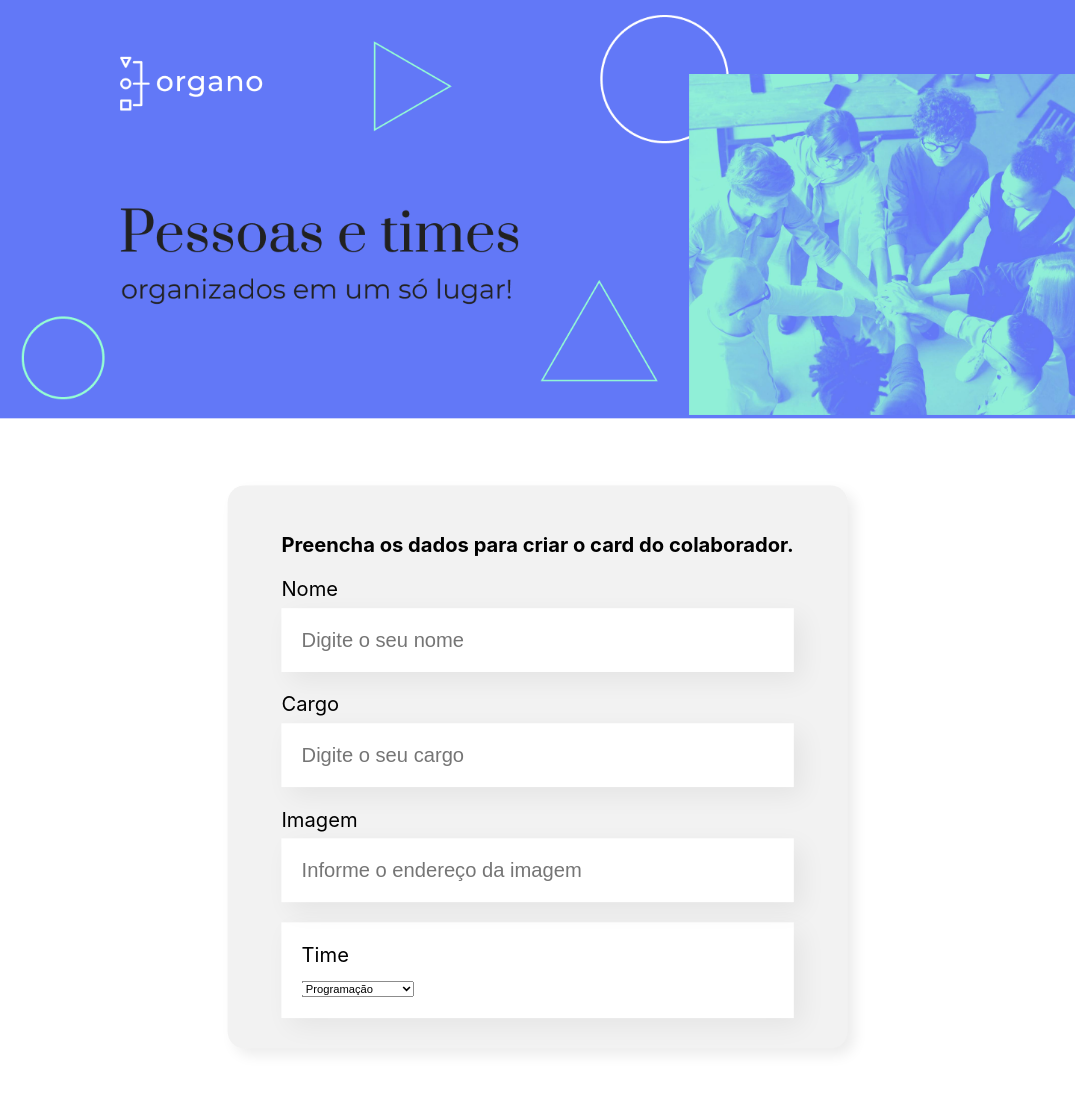
Repository: devMuriloOliveira/organo
Page: /
These files come from the project's save history. The page is drawn as it stood at one moment and after the next save; the edit follows.
The browser window is 1280 px wide. The pictures show the whole page, at 84% of full size.
The project was rebuilt for these pictures with package versions that can differ from the ones it lists, and the page was loaded fresh each time.

Above is the page before, as saved 2023-01-11 15:59:13.

### src/App.js

import Banner from './componentes/Banner/Banner'
import Formulario from './componentes/Formulario'


function App() {
  return (
    <div className="App">
      <Banner/>
      <Formulario/>


    </div>
  )
}

export default App

### src/componentes/Banner/Banner.js
import './Banner.css'

function Banner() {
  return (
    <header className="banner">
      <img src="/imagens/banner.png" alt="O banner principal da pagina Organo"/>
    </header>


    )

}

export default Banner

### src/componentes/Formulario/index.js
import CampoTexto from '../CampoTexto'
import ListaSuspensa from '../ListaSuspensa'
import './Formulario.css'

const Formulario = () =>{

    const times = [
      'Programação',
      'Front-End',
      'Data Science',
      'Devops',
      'UX e Design',
      'Mobile',
      'Inovação e Gestão'
    ]

  return(

    <section className='formulario'>
      <form>
        <h2>Preencha os dados para criar o card do colaborador.</h2>
      <CampoTexto label="Nome" placeholder="Digite o seu nome"/>
      <CampoTexto label="Cargo" placeholder="Digite o seu cargo"/>
      <CampoTexto label="Imagem" placeholder="Informe o endereço da imagem"/>
      <ListaSuspensa label="Time" itens={times}/>
      </form>
    </section>
  )
}

export default Formulario

### src/componentes/Banner/Banner.css
.banner {
  background-color: #6278F7;
  text-align: center;
}

.banner img {
  max-width: 100%;
}

### src/componentes/CampoTexto/index.js
import './CampoTexto.css'

const CampoTexto = (props) =>{

  return(
    <div className="campo-texto">
      <label>{props.label}</label>
      <input placeholder={props.placeholder}/>
    </div>
  )
}

export default CampoTexto

### src/componentes/ListaSuspensa/index.js
import './ListaSuspensa.css'

const ListaSuspensa = (props) => {
  return(
    <div className='lista-suspensa'>
        <label>{props.label}</label>
        <select>
          {props.itens.map(item => {
            return <option key={item}>{item}</option>
          })}
        </select>
    </div>
  )
}

export default ListaSuspensa

### src/componentes/Formulario/Formulario.css
.formulario {
  display: flex;
  justify-content: center;
  margin: 80px 0;
}

.formulario form {
  max-width: 80%;
  background-color: #f2f2f2;
  border-radius: 20px;
  padding: 36px 64px;
  box-shadow: 8px 8px 16px rgba(0, 0, 0, 0.08);
}

### src/componentes/CampoTexto/CampoTexto.css
.campo-texto {
  margin: 24px 0;
}

.campo-texto label {
  display: block;
  margin-bottom: 8px;
  font-size: 24px;
}

.campo-texto input {
  background-color: #fff;
  box-shadow: 10px 10px 30px rgba(0, 0, 0, 0.06);
  width: 100%;
  border: none;
  font-size: 24px;
  padding: 24px;
  box-sizing: border-box;
}

### src/componentes/ListaSuspensa/ListaSuspensa.css
.lista-suspensa label {
  display: block;
  margin-bottom: 8px;
  font-size: 24px;
}

.lista-suspensa {
  background-color: #fff;
  box-shadow: 10px 10px 30px rgba(0, 0, 0, 0.06);
  width: 100%;
  border: none;
  font-size: 24px;
  padding: 24px;
  box-sizing: border-box;
}

Loaded but not shown: public/index.html (common file); src/index.js (common file); src/index.css (common file)

After the next save:
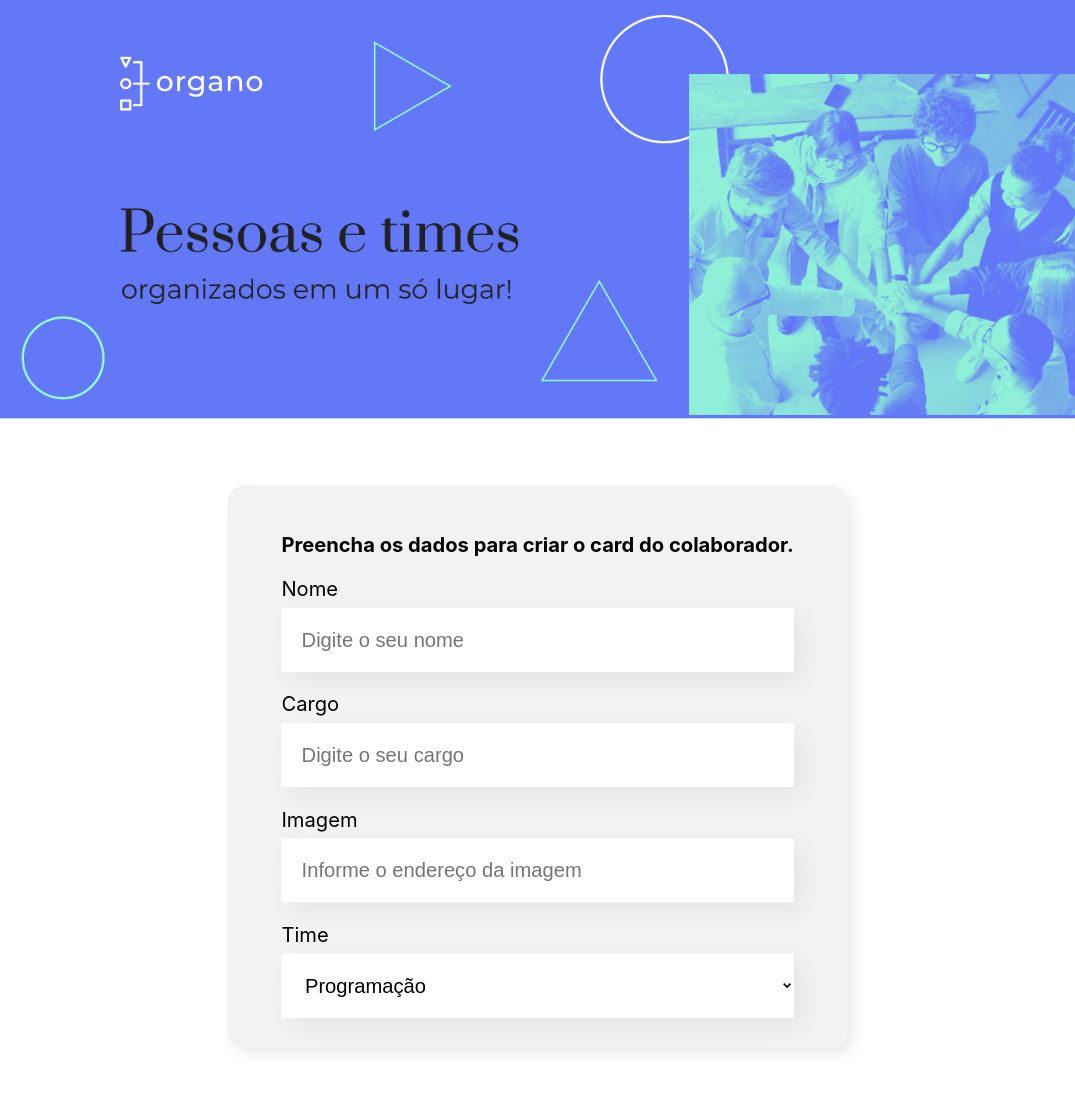
Saved 10 min 30 s later.
--- a/src/componentes/ListaSuspensa/ListaSuspensa.css
+++ b/src/componentes/ListaSuspensa/ListaSuspensa.css
@@ -4,7 +4,7 @@
   font-size: 24px;
 }
 
-.lista-suspensa {
+.lista-suspensa select {
   background-color: #fff;
   box-shadow: 10px 10px 30px rgba(0, 0, 0, 0.06);
   width: 100%;
